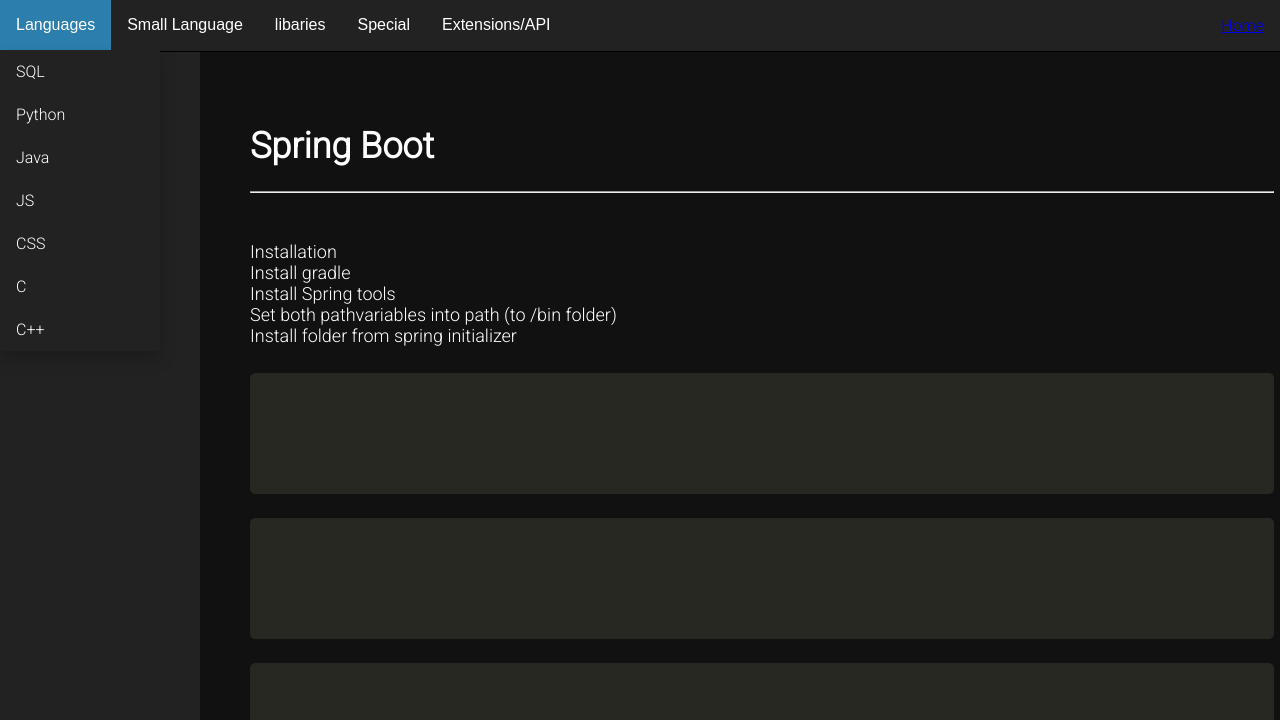
Repository: Max-Rohrhirsch/Max-Rohrhirsch.github.io
Page: documentation/languages/java/spring.html
These files come from the project's save history. The page is drawn as it stood at one moment and after the next save; the edit follows.
The browser window is 1280 px wide. The pictures show the whole page.

Above is the page before, as saved 2023-10-15 11:53:41.

### documentation/languages/java/spring.html
<script src="/jquery.js"></script>
<div id="includeHeader"></div>


        <!-- ------ SIDE NAVIGATION BAR ----- -->
        <div class="sidenav">
            <a href="/documentation/languages/java/java.html">Basics</a>
            <a href="/documentation/languages/java/swing.html">Swing</a>
            <a href="/documentation/languages/java/spring.html">Spring</a>
        </div>

        <!-- ------ MAIN CONTENT ----- -->
        <div class="main">
            <h1>Spring Boot</h1>
            <hr><br>

            <p> Installation</br>
                Install gradle</br>
                Install Spring tools</br>
                Set both pathvariables into path (to /bin folder)</br>
                Install folder from spring initializer</p>
            <div class="half">
<pre>
    <code class="language-java">

    </code>
</pre>
<pre>
    <code class="language-java">

    </code>
</pre>
<pre>
    <code class="language-java">

    </code>
</pre>
<pre>
    <code class="language-java">

    </code>
</pre>
<pre>
    <code class="language-java">

    </code>
</pre>
            </div>
        </div>





<div id="includeFooter"></div>

### header.html
<html>
    <head>
        <title>Documentation</title>

        <meta name="viewport" content="width=device-width, initial-scale=1">
        <meta name="description" lang="en" content="Documentation of many things I learned">
        <meta name="keywords" content="HTML, CSS, JavaScript, Coding, max">
        <meta name="author" content="Rohrhirsch Max">

        <link rel="preconnect" href="https://fonts.googleapis.com">
        <link rel="preconnect" href="https://fonts.gstatic.com" crossorigin>
        <link href="https://fonts.googleapis.com/css2?family=Roboto:wght@300&display=swap" rel="stylesheet">
        <link rel="stylesheet" href="https://cdnjs.cloudflare.com/ajax/libs/font-awesome/4.7.0/css/font-awesome.min.css">

        <link rel="icon" type="image/x-icon" href="/Bilder/favicon.ico">

        <link href="/documentation/prism.css" rel="stylesheet" />

        <link rel="stylesheet" href="/documentation/docStyle.css">
        <link rel="icon" type="image/x-icon" href="/Bilder/favicon.ico">
    </head>
    <body>
        <!-- ------ TOP NAVIGATION BAR ----- -->
        <nav class="nav1">
            <div class="dropdown" style="float:left;">
                <button class="dropbtn">Languages</button>
                <div class="dropdown-content" style="left:0;">
                    <a href="/documentation/languages/sql/sql.html">SQL</a>
                    <a href="/documentation/languages/python/python.html">Python</a>
                    <a href="/documentation/languages/java/java.html">Java</a>
                    <a href="/documentation/languages/js.html">JS</a>
                    <a href="/documentation/languages/css.html">CSS</a>
                    <a href="/documentation/languages/c.html">C</a>
                    <a href="/documentation/languages/cpp.html">C++</a>
                </div>
            </div>
            <div class="dropdown" style="float:left;">
                <button class="dropbtn">Small Language</button>
                <div class="dropdown-content" style="left:0;">
                    <a href="/documentation/small/bash.html">Bash</a>
                    <a href="/documentation/small/rust.html">Rust</a>
                    <a href="/documentation/small/go.html">GO</a>
                    <a href="/documentation/small/csharp.html">C#</a>
                    <a href="/documentation/small/brainfuck.html">BrainFuck</a>
                </div>
            </div>
            <div class="dropdown" style="float:left;">
                <button class="dropbtn">libaries</button>
                <div class="dropdown-content" style="left:0;">
                    <a href="/documentation/libaries/socket.html">Socket</a>
                    <a href="/documentation/libaries/tenserflow.html">Tenserflow</a>
                    <a href="/documentation/libaries/regex.html">Regex</a>
                </div>
            </div>
            <div class="dropdown" style="float:left;">
                <button class="dropbtn">Special</button>
                <div class="dropdown-content" style="left:0;">
                    <a href="/documentation/special/computer.html">Computer</a>
                    <a href="/documentation/special/linux.html">Linux</a>
                    <a href="/documentation/special/arduino.html">Arduino</a>
                    <a href="/documentation/special/game.html">Game Maker</a>
                    <a href="/documentation/special/unity.html">Unity</a>
                    <a href="/documentation/special/OS/OS.html">OS</a>
                    <a href="/documentation/special/hacking.html">Hacking</a>
                </div>
            </div>
            <div class="dropdown" style="float:left;">
                <button class="dropbtn">Extensions/API</button>
                <div class="dropdown-content" style="left:0;">
                    <a href="/documentation/extension/chrome.html">Chrome Extension</a>
                    <a href="/documentation/extension/discord.html">Discord Bot</a>
                    <a href="/documentation/extension/computercraft.html">Computercraft</a>
                    <a href="/documentation/extension/LaTeX.html">LaTeX</a>
                </div>
            </div>
            <div class="dropdown dropbtn" style="float:right;">
                <a href="https://max-rohrhirsch.github.io/documentation/documentation.html">Home</a>
            </div>
        </nav>

        <!-- ------ SIDE NAVIGATION BAR ----- -->

### footer.html

<a class="pre">Previous</a>
<a class="next">Next</a>
</div>

<div id="modal01" class="modal" onclick="this.style.display='none'">
<span class="close">X</span>
<div class="modal-content">
  <img id="img01" style="max-width:100%">
</div>
</div>


<!-- ------ SCRIPT FOR DROPDOWN ----- -->
<script>
var dropdown = document.getElementsByClassName("dropdown-btn");
var i;

for (i = 0; i < dropdown.length; i++) {
  dropdown[i].addEventListener("click", function() {
    this.classList.toggle("active");
    var dropdownContent = this.nextElementSibling;
    if (dropdownContent.style.display === "block") {
      dropdownContent.style.display = "none";
    } else {
      dropdownContent.style.display = "block";
    }
  });
}
</script>
<script src="/documentation/prism.js"></script>
<script>
function onClick(element) {
    document.getElementById("img01").src = element.src;
    document.getElementById("modal01").style.display = "block";
}
</script>
</body>
</html>

### documentation/prism.css
/* PrismJS 1.29.0
https://prismjs.com/download.html#themes=prism-okaidia&languages=markup+css+clike+javascript+arduino+armasm+bash+brainfuck+c+cpp+cilkc+cilkcpp+go+java+latex+lua+python+rust+sql&plugins=line-numbers+show-language+toolbar+copy-to-clipboard+download-button */
code[class*=language-],pre[class*=language-]{color:#f8f8f2;background:0 0;text-shadow:0 1px rgba(0,0,0,.3);font-family:Consolas,Monaco,'Andale Mono','Ubuntu Mono',monospace;font-size:1em;text-align:left;white-space:pre;word-spacing:normal;word-break:normal;word-wrap:normal;line-height:1.5;-moz-tab-size:4;-o-tab-size:4;tab-size:4;-webkit-hyphens:none;-moz-hyphens:none;-ms-hyphens:none;hyphens:none}pre[class*=language-]{padding:1em;margin:.5em 0;overflow:auto;border-radius:.3em}:not(pre)>code[class*=language-],pre[class*=language-]{background:#272822}:not(pre)>code[class*=language-]{padding:.1em;border-radius:.3em;white-space:normal}.token.cdata,.token.comment,.token.doctype,.token.prolog{color:#8292a2}.token.punctuation{color:#f8f8f2}.token.namespace{opacity:.7}.token.constant,.token.deleted,.token.property,.token.symbol,.token.tag{color:#f92672}.token.boolean,.token.number{color:#ae81ff}.token.attr-name,.token.builtin,.token.char,.token.inserted,.token.selector,.token.string{color:#a6e22e}.language-css .token.string,.style .token.string,.token.entity,.token.operator,.token.url,.token.variable{color:#f8f8f2}.token.atrule,.token.attr-value,.token.class-name,.token.function{color:#e6db74}.token.keyword{color:#66d9ef}.token.important,.token.regex{color:#fd971f}.token.bold,.token.important{font-weight:700}.token.italic{font-style:italic}.token.entity{cursor:help}
pre[class*=language-].line-numbers{position:relative;padding-left:3.8em;counter-reset:linenumber}pre[class*=language-].line-numbers>code{position:relative;white-space:inherit}.line-numbers .line-numbers-rows{position:absolute;pointer-events:none;top:0;font-size:100%;left:-3.8em;width:3em;letter-spacing:-1px;border-right:1px solid #999;-webkit-user-select:none;-moz-user-select:none;-ms-user-select:none;user-select:none}.line-numbers-rows>span{display:block;counter-increment:linenumber}.line-numbers-rows>span:before{content:counter(linenumber);color:#999;display:block;padding-right:.8em;text-align:right}
div.code-toolbar{position:relative}div.code-toolbar>.toolbar{position:absolute;z-index:10;top:.3em;right:.2em;transition:opacity .3s ease-in-out;opacity:0}div.code-toolbar:hover>.toolbar{opacity:1}div.code-toolbar:focus-within>.toolbar{opacity:1}div.code-toolbar>.toolbar>.toolbar-item{display:inline-block}div.code-toolbar>.toolbar>.toolbar-item>a{cursor:pointer}div.code-toolbar>.toolbar>.toolbar-item>button{background:0 0;border:0;color:inherit;font:inherit;line-height:normal;overflow:visible;padding:0;-webkit-user-select:none;-moz-user-select:none;-ms-user-select:none}div.code-toolbar>.toolbar>.toolbar-item>a,div.code-toolbar>.toolbar>.toolbar-item>button,div.code-toolbar>.toolbar>.toolbar-item>span{color:#bbb;font-size:.8em;padding:0 .5em;background:#f5f2f0;background:rgba(224,224,224,.2);box-shadow:0 2px 0 0 rgba(0,0,0,.2);border-radius:.5em}div.code-toolbar>.toolbar>.toolbar-item>a:focus,div.code-toolbar>.toolbar>.toolbar-item>a:hover,div.code-toolbar>.toolbar>.toolbar-item>button:focus,div.code-toolbar>.toolbar>.toolbar-item>button:hover,div.code-toolbar>.toolbar>.toolbar-item>span:focus,div.code-toolbar>.toolbar>.toolbar-item>span:hover{color:inherit;text-decoration:none}

### documentation/docStyle.css
:root {
    --main-special-color: #ee622a;
    --main-bg-color: #111;
    transition: 3s;
    scroll-behavior: smooth;
}

body {
    background-color: var(--main-bg-color);
    color: white;
    font-family: 'Roboto', sans-serif;
    margin: 0;
    min-height: max-content;
}


/* ----------------------------- MAIN STUFF --------------------------------------- */
red { color: red }
orange { color: orange }
green { color: green }

.nav1 {
    position: fixed;
    background-color: #222;
    border-bottom: 1px solid black;
    width: 100%;

    z-index: 2;
}

/* ---- DROPDOWN ---- */

.dropbtn {
    background-color: #222;
    color: white;

    padding: 16px;
    font-size: 16px;
    border: none;
    cursor: pointer;
  }

  .dropdown {
    position: relative;
    display: inline-block;
  }

  .dropdown-content {
    display: none;
    position: absolute;
    right: 0;

    background-color: #222;
    min-width: 160px;
    box-shadow: 0px 8px 16px 0px rgba(0,0,0,0.2);
  }

  .dropdown-content a {
    color: White;
    padding: 12px 16px;
    text-decoration: none;
    display: block;
  }

  .dropdown-content a:hover { background-color: #333 }
  .dropdown:hover .dropdown-content { display: block }
  .dropdown:hover .dropbtn { background-color: #2c7ead }


/* ------------ Site Navigation ----------- */

.sidenav {
    height: 100%;
    width: 200px;

    position: fixed;
    top: 51px;
    left: 0;

    background-color: #222;
    overflow-x: hidden;
    z-index: 1;
  }

  .sidenav a, .dropdown-btn {
    padding: 6px 8px 6px 16px;

    text-decoration: none;
    font-size: 20px;
    color: white;

    display: block;
    border: none;
    background: none;

    width: 100%;
    text-align: left;
    cursor: pointer;
    outline: none;
  }

  .sidenav a:hover, .dropdown-btn:hover { background-color: #2c7ead }

  .active {
    background-color: green;
    color: white;
  }

  .dropdown-container {
    display: none;
    background-color: #333;
  }

  .fa-caret-down {
    float: right;
    padding-right: 8px;
  }

  @media screen and (max-height: 450px) {
    .sidenav { padding-top: 15px }
    .sidenav a { font-size: 18px }
  }


/* ------------ Main ----------- */
.main {
    display: block;
    position:absolute;
    top: 51px;
    left: 200px;

    padding: 50px;
    font-size: 18px;

    min-height: 100%;
    width: 80vw;
}

.main h2 {
    font-size: 20px;
    color: #ee622a;
}

.main a {
    color: rgb(44, 172, 65);
    margin-bottom: 20px;
    display: block;
}

img {
    display: block;
    margin-top: 20px;
}
img:hover {
    cursor: pointer;
}



/* ------------ CODE ----------- */

out {
    display: block;
    width: calc(100% - 40px);
    background-color: #333;

    padding: 20px;
    margin-top: 15px;
    border-radius: 10px;
}

.wrapper {
    display: grid;
    font-size: 18px;
    grid-template-columns: repeat(3, 1fr);
    gap: 10px;
}

.wrapper pre {
    height: calc(100% - 50px);
}

.half {
    display: grid;
    grid-template-columns: repeat(2, 1fr);
    gap: 10px;
}
.half pre {
    height: calc(100% - 50px);
}

/* ------------ Table ----------- */

table {
    width: calc(100% );
    border: 1px solid #777;
    margin-top: 50px;
    border-collapse:collapse;
}

th {
    border: 1px solid #777;
    background-color: #333;
    padding: 10px;

}

td {
    border: 1px solid #777;
    padding: 5px;
    height: 40px;
}


/* ------------ Buttons ----------- */

.pre, .next {
    display: inline-block;
    margin-top: 10px;
}
.pre:hover, .next:hover { cursor: pointer }

.pre { float: left }
.next { float: right }





/* ------------ Image ----------- */
.modal {
    z-index:2;
    display:none;
    padding-top:10px;
    position:fixed;
    left:0;
    top:0;
    width:100%;
    height:100%;
    overflow:auto;
    background-color:rgb(0,0,0);
    background-color:rgba(0,0,0,0.8)
}

.modal-content {
    margin: auto;
    display: block;
    position: absolute;
    top: 50%;
    left: 50%;
    transform: translate(-50%, -50%);
}


.modal-hover-opacity {
    opacity:1;
    filter:alpha(opacity=100);
}

.modal-hover-opacity:hover {
    opacity:0.60;
    filter:alpha(opacity=60);
}


.close {
    text-decoration:none;

    position: fixed;
    right:20px;
    top: 20px;

    font-size:24px;
    font-weight:bold;
    color:white;
    cursor: pointer;
}

img {
    width: 500px;
    display: block;
}

.modal-content, #caption {
    -webkit-animation-name: zoom;
    -webkit-animation-duration: 0.6s;
    animation-name: zoom;
    animation-duration: 0.6s;
}

@keyframes zoom {
    from {transform:scale(0)}
    to {transform:scale(1)}
}

@media only screen and (max-width: 1300px) {
    .wrapper {
        grid-template-columns: repeat(2, 1fr);
    }
    .half {
        grid-template-columns: repeat(1, 1fr);
    }

}
@media only screen and (max-width: 1000px) {
    .wrapper {
        grid-template-columns: repeat(1, 1fr);
    }
}

Loaded but not shown: jquery.js (library); documentation/prism.js (library)

After the next save:
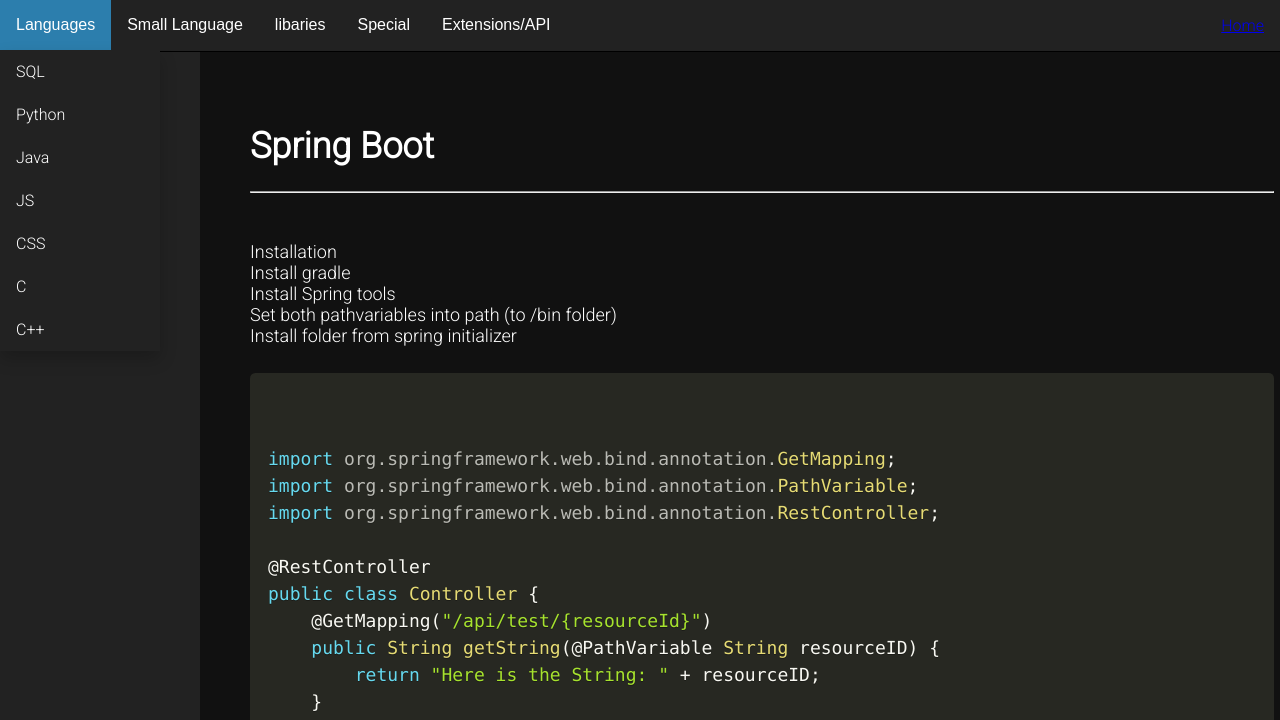
Saved 2 min 2 s later.
--- a/documentation/languages/java/spring.html
+++ b/documentation/languages/java/spring.html
@@ -23,6 +23,33 @@
 <pre>
     <code class="language-java">
 
+import org.springframework.web.bind.annotation.GetMapping;
+import org.springframework.web.bind.annotation.PathVariable;
+import org.springframework.web.bind.annotation.RestController;
+
+@RestController
+public class Controller {
+    @GetMapping("/api/test/{resourceId}")
+    public String getString(@PathVariable String resourceID) {
+        return "Here is the String: " + resourceID;
+    }
+    @PostMapping("/api/tets")
+    public String getString(D) {
+        return "POST";
+    }
+}
+
+// --------------------------
+
+import org.springframework.boot.autoconfigure.SpringBootApplication;
+import org.springframework.boot.SpringApplication;
+
+@SpringBootApplication
+public class DemoApplication {
+            public static void main(String[] args) {
+                        SpringApplication.run(DemoApplication.class, args);
+            }
+}
     </code>
 </pre>
 <pre>
